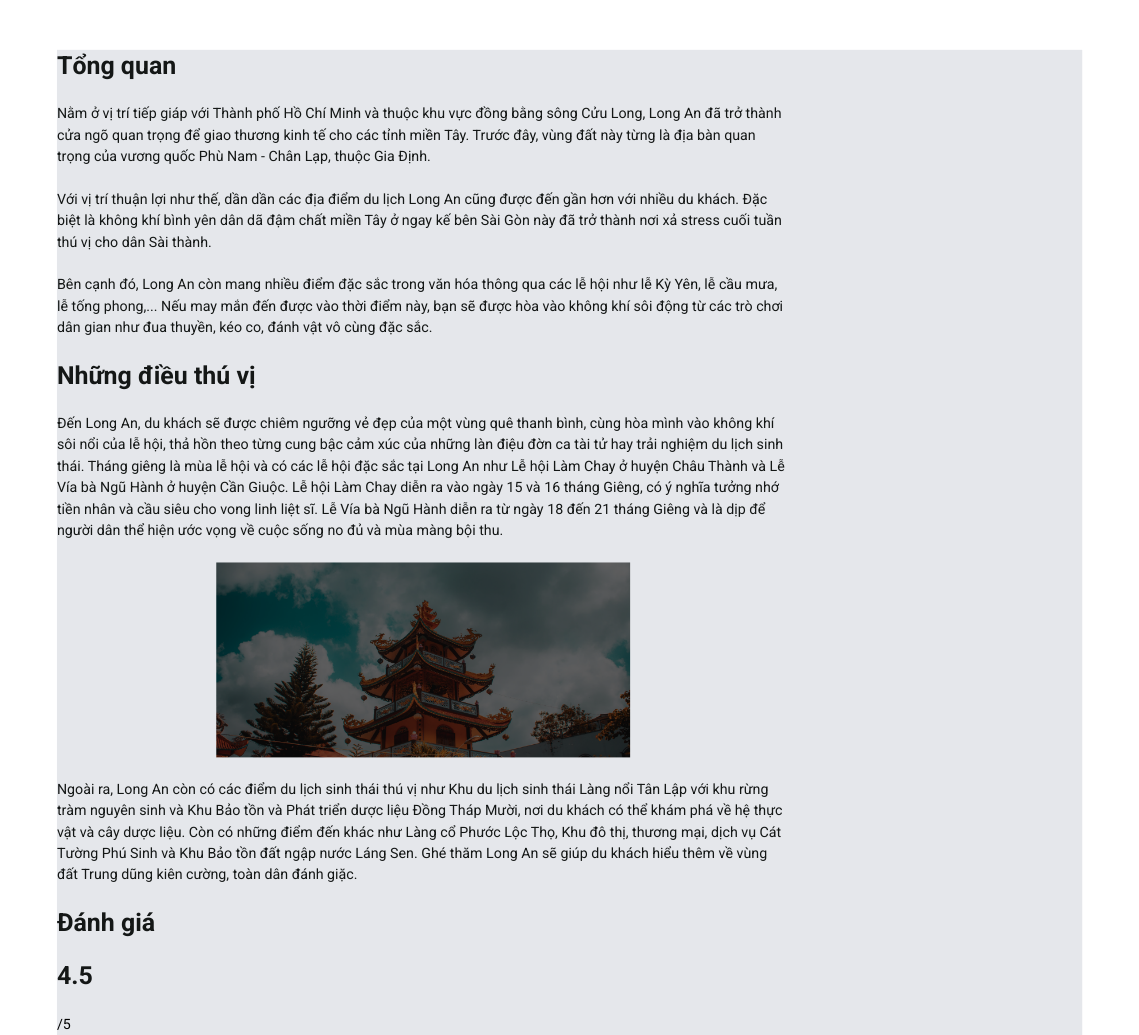
Repository: thduy2003/WDA-ET
Page: / (app in frontend/)
An editor plug-in stored every save of this project. The page is shown before and after the next save, followed by the edit.
The browser window is 1280 px wide. The pictures show the whole page, at 89% of full size.
The project was rebuilt for these pictures with package versions that can differ from the ones it lists, and the page was loaded fresh each time. Also part of the build but not shown: frontend/vite.config.js, frontend/src/components/Icons/SaveIcon.jsx, frontend/src/components/Card/index.jsx, frontend/src/components/Carousel/index.jsx, frontend/src/components/Logo/index.jsx, frontend/src/components/Button/index.jsx, frontend/src/pages/Auth/index.jsx, frontend/src/components/InputGroup/index.jsx and 1 more.

Above is the page before, as saved 2023-05-23 11:23:11.

After the next save:
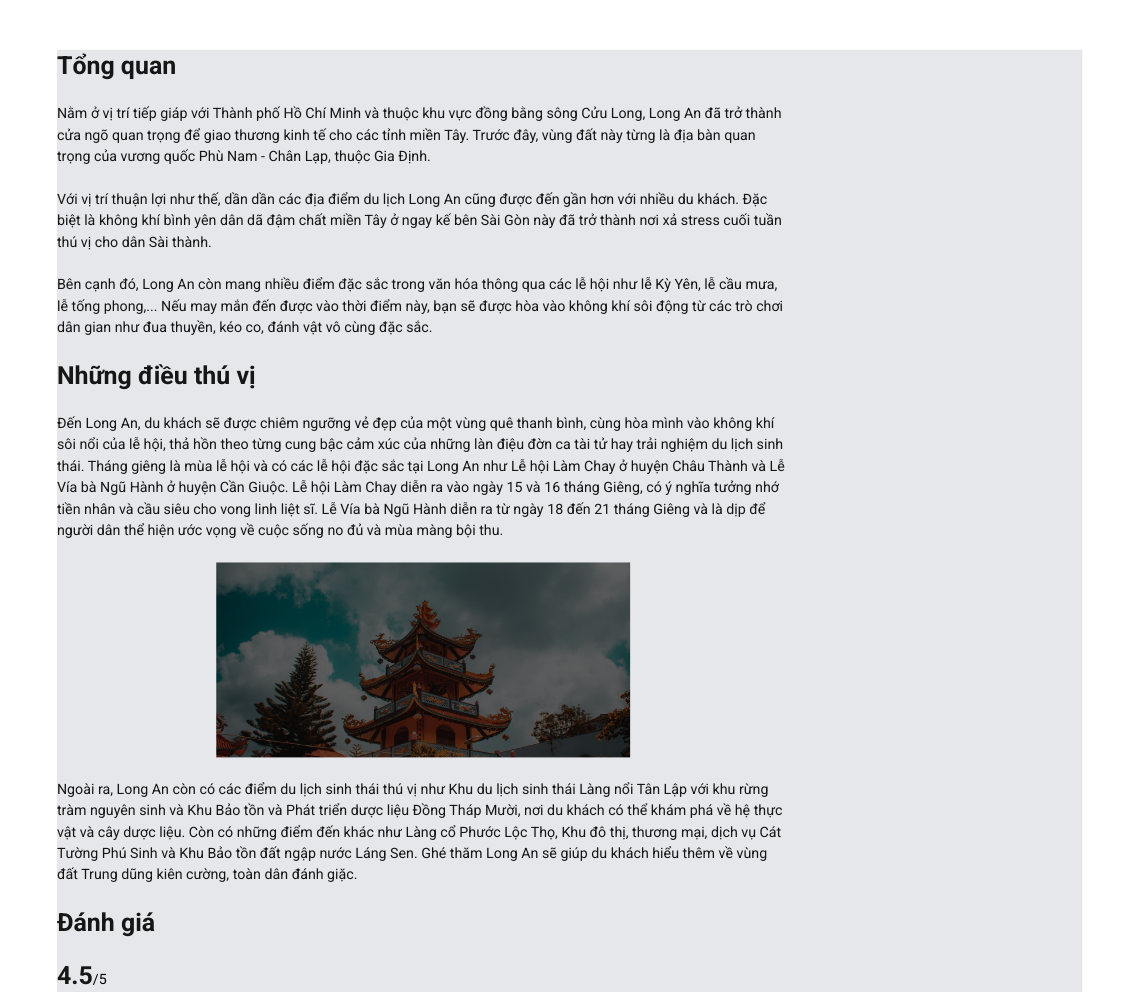
Saved 23 s later.
--- a/frontend/src/pages/Detail/StarRating/StarRating.jsx
+++ b/frontend/src/pages/Detail/StarRating/StarRating.jsx
@@ -3,7 +3,7 @@ import React from 'react';
 const StarRating = () => {
     return (
         <div>
-           <div> <p className="text-[28px] leading-[36px] text-[#141716] font-semibold mb-6">4.5</p>/5</div>
+           <div> <span className="text-[28px] leading-[36px] text-[#141716] font-semibold mb-6">4.5</span>/5</div>
         </div>
     );
 };
